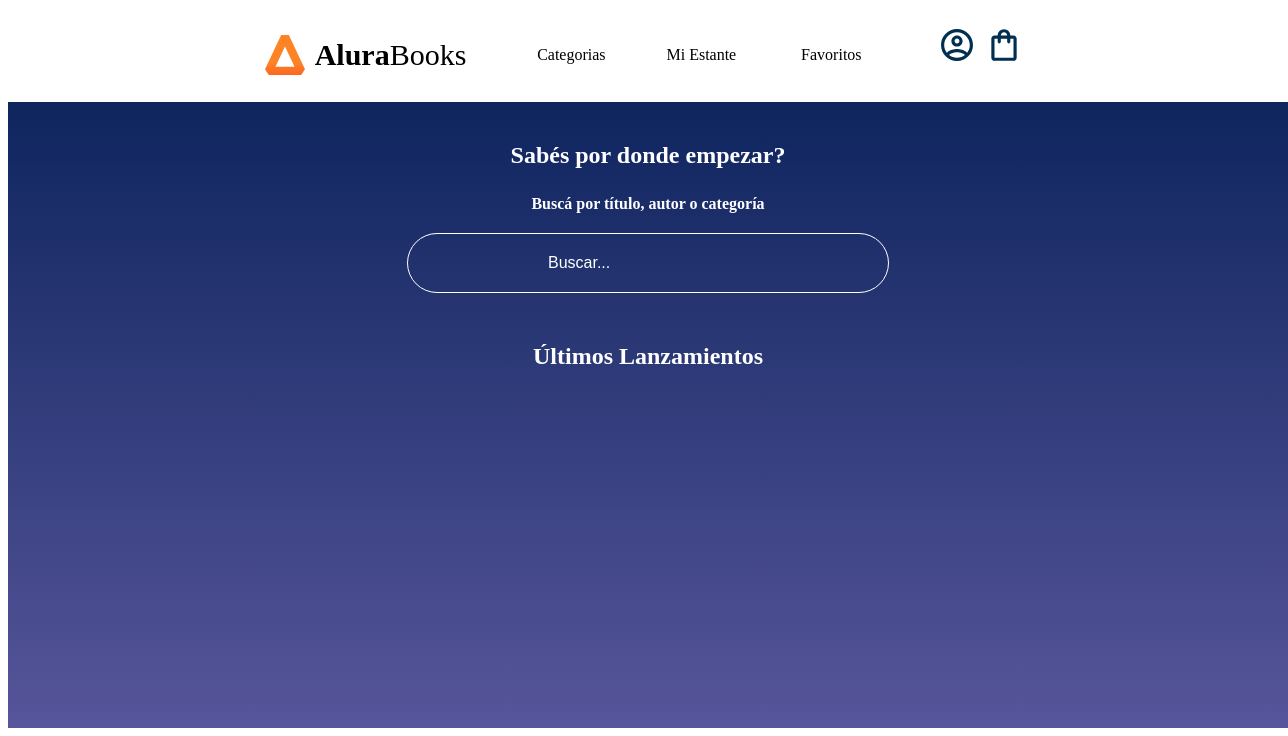
Repository: SandroG1977/Alura.Books
Page: /
An editor plug-in stored every save of this project. The page is shown before and after the next save, followed by the edit.
The browser window is 1280 px wide. The page is 1288 px wide, so the pictures cover 1288 px, including what lies to the right of the window. The pictures show the whole page.
The project was rebuilt for these pictures with package versions that can differ from the ones it lists, and the page was loaded fresh each time.

Above is the page before, as saved 2026-04-09 17:22:42.

After the next save:
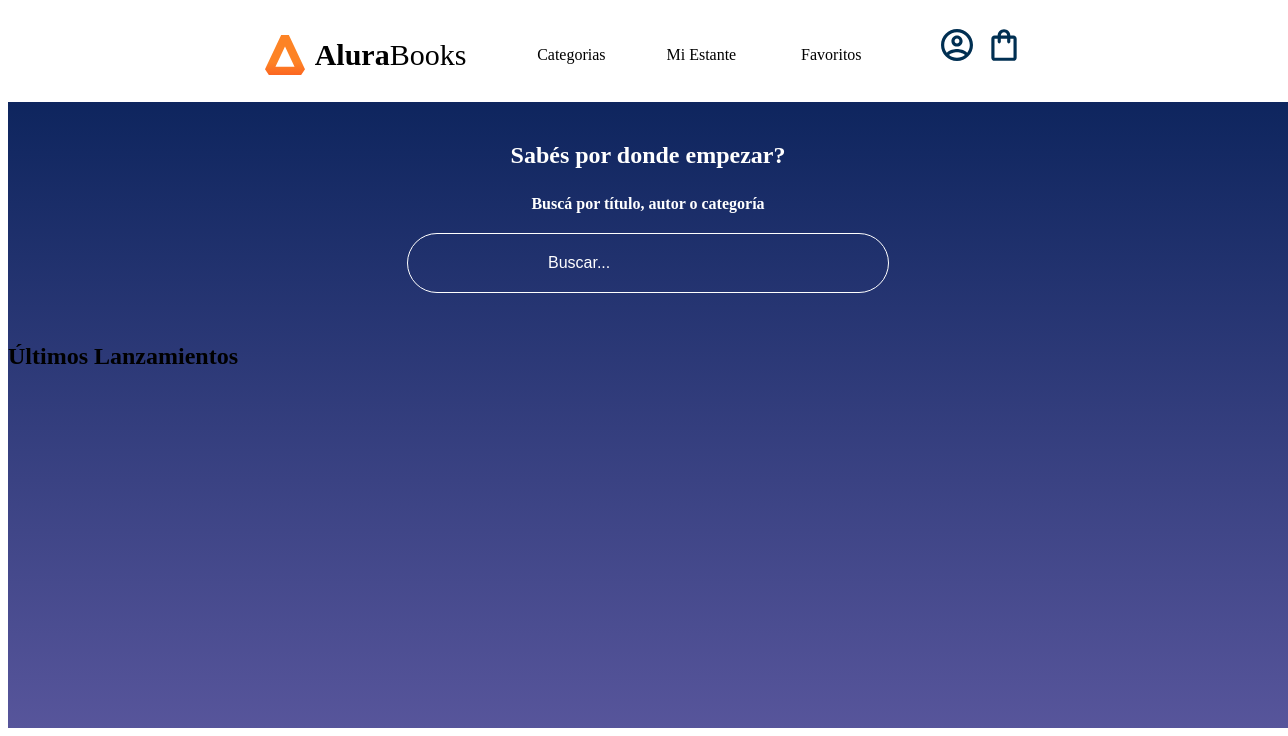
Saved 23 s later.
--- a/src/components/UltimoLanzamientos/index.js
+++ b/src/components/UltimoLanzamientos/index.js
@@ -33,7 +33,7 @@
 function UltimosLanzamientos() {
     return (
         <section>
-            <Titulo>Últimos Lanzamientos</Titulo>
+            <h2 >Últimos Lanzamientos</h2>
             {livros.map(livro => {
                 (
                     <img src={livro.src} alt={livro.nome} />

After the 3 saves that followed:
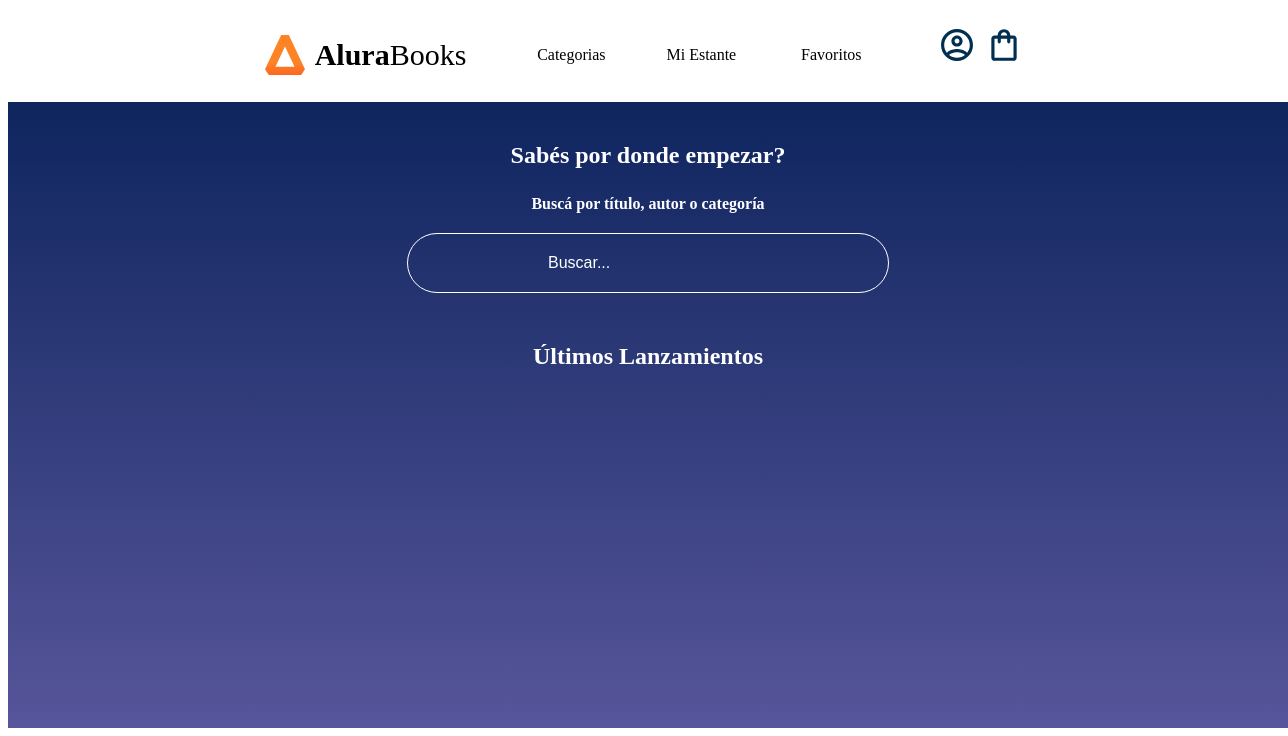
The 3 saves are shown as one change because 2 left the picture as it was.
The last was saved 35 s later.
--- a/src/components/UltimoLanzamientos/index.js
+++ b/src/components/UltimoLanzamientos/index.js
@@ -22,7 +22,7 @@
     flex-direction: row;
     margin-bottom: 20px;
     gap: 20px;
-
+    color: #FFF;
     img {
         width: 100px;
     }
@@ -33,7 +33,7 @@
 function UltimosLanzamientos() {
     return (
         <section>
-            <h2 >Últimos Lanzamientos</h2>
+            <Titulo >Últimos Lanzamientos</Titulo>
             {livros.map(livro => {
                 (
                     <img src={livro.src} alt={livro.nome} />
